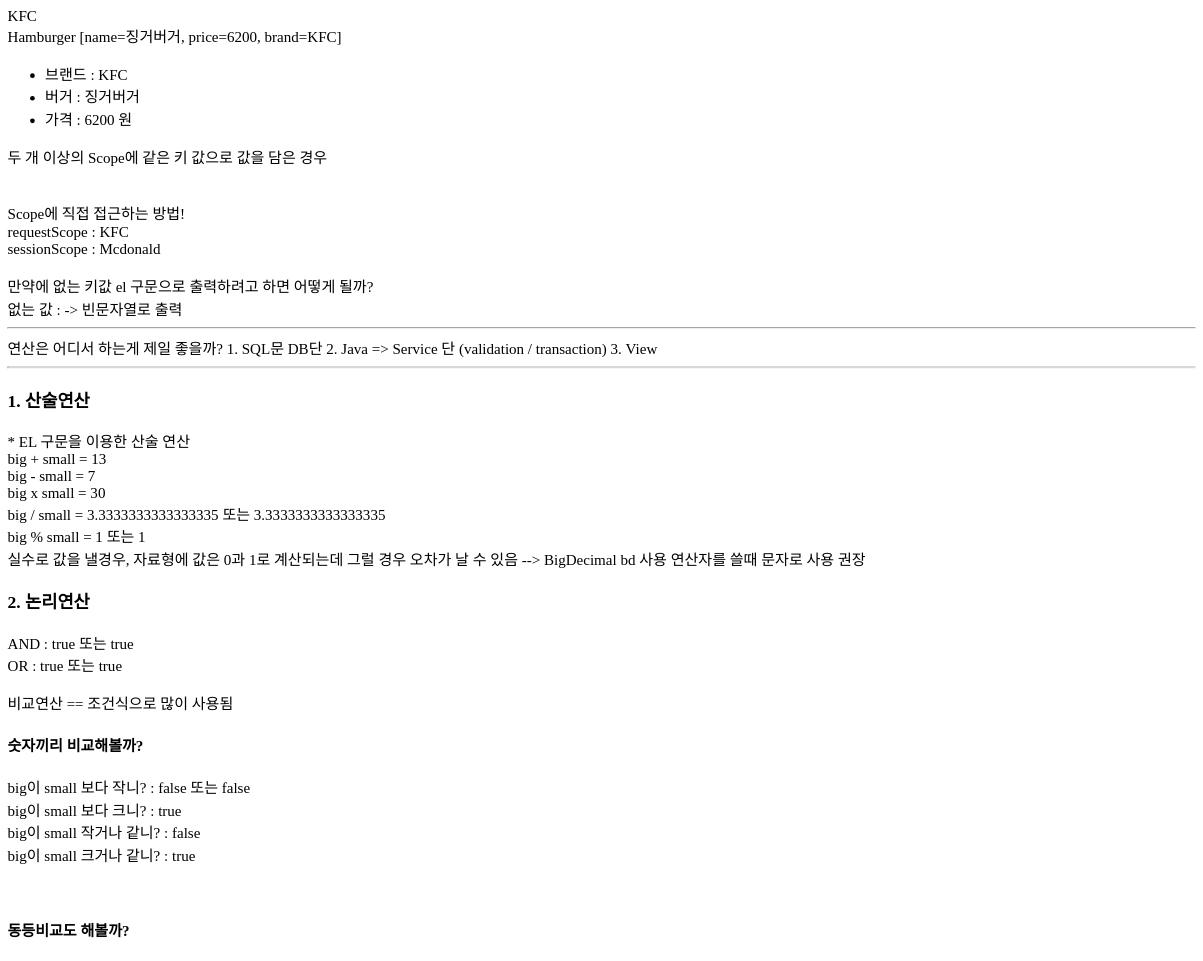
Repository: parkjin-sol/web-workplace
Page: http://localhost/McdonaldProject/sc
The author's editor kept a copy of each file at every save. The page is drawn from the files as they stood at one save, then again after the next save.
The browser window is 1280 px wide. The pictures show the whole page, at 94% of full size.
The page is served by Tomcat 9.

Above is the page before, as saved 2025-03-11 02:10:26.

After the next save:
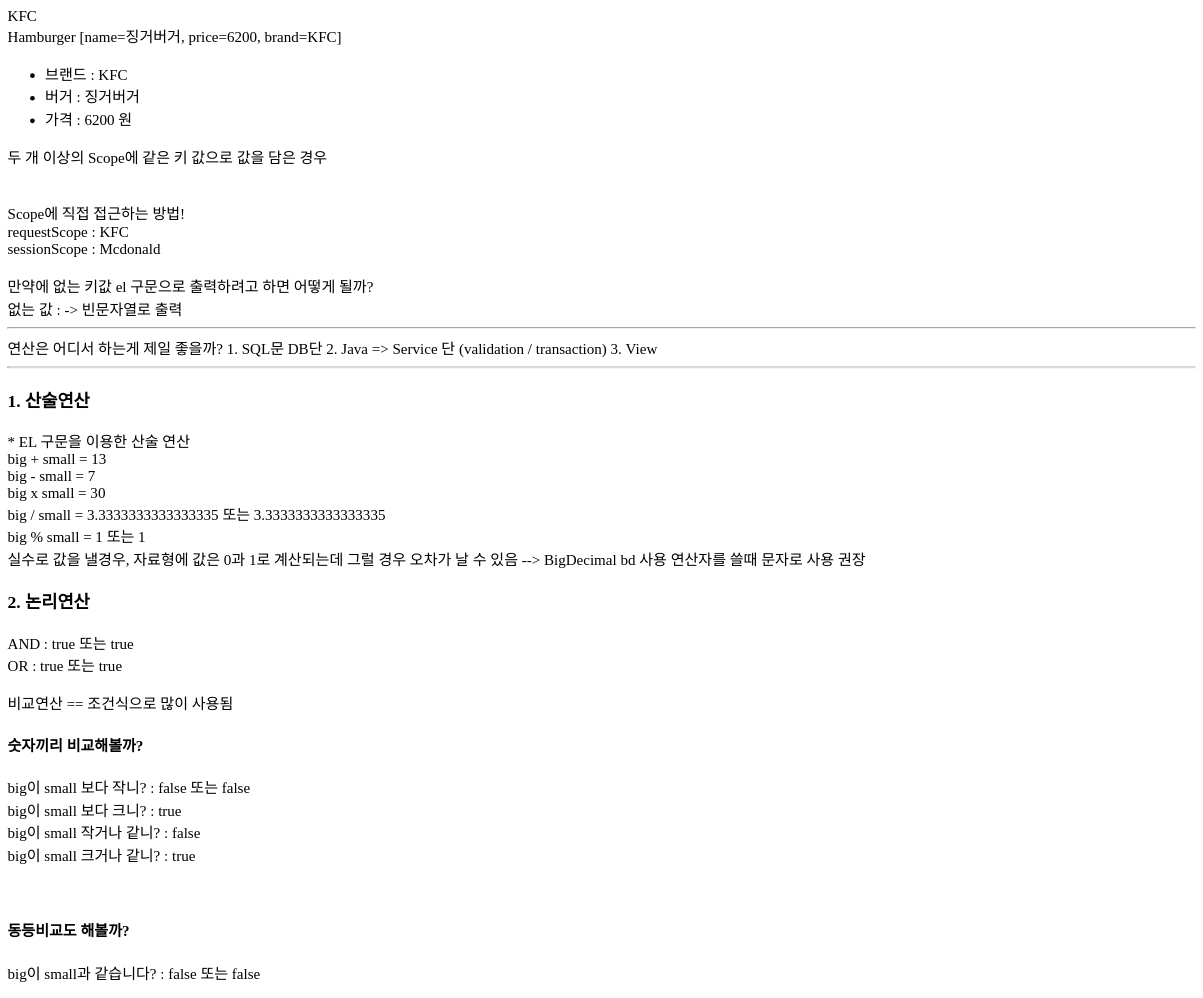
Saved 99 s later.
--- a/McdonaldProject/src/main/webapp/WEB-INF/views/print.jsp
+++ b/McdonaldProject/src/main/webapp/WEB-INF/views/print.jsp
@@ -84,6 +84,7 @@
 	 <h4>동등비교도 해볼까?</h4>
 
 	 <p>
+	 	 big이 small과 같습니다? : ${ big == small } 또는 ${ big eq small }
 	 </p>
 
 
